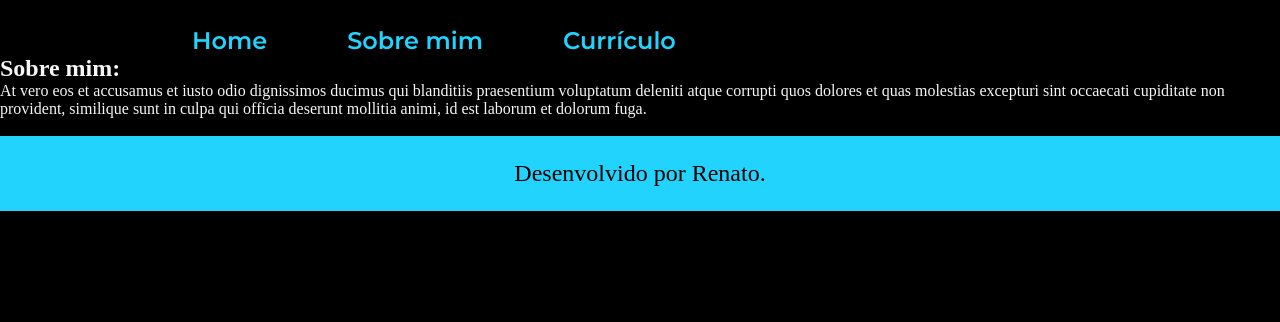
Repository: RenatoCCS/Portfolio_Alura
Page: about.html
An editor plug-in stored every save of this project. The page is shown before and after the next save, followed by the edit.
The browser window is 1280 px wide. The pictures show the whole page.

Above is the page before, as saved 2023-03-06 20:38:27.

After the next save:
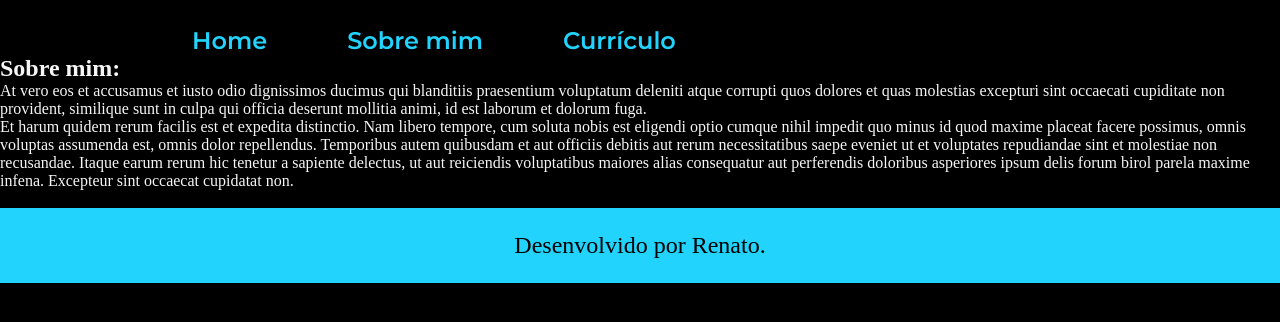
Saved 18 s later.
--- a/about.html
+++ b/about.html
@@ -27,7 +27,18 @@
           similique sunt in culpa qui officia deserunt mollitia animi, id est
           laborum et dolorum fuga.
         </p>
-        <p></p>
+        <p>
+          Et harum quidem rerum facilis est et expedita distinctio. Nam libero
+          tempore, cum soluta nobis est eligendi optio cumque nihil impedit quo
+          minus id quod maxime placeat facere possimus, omnis voluptas assumenda
+          est, omnis dolor repellendus. Temporibus autem quibusdam et aut
+          officiis debitis aut rerum necessitatibus saepe eveniet ut et
+          voluptates repudiandae sint et molestiae non recusandae. Itaque earum
+          rerum hic tenetur a sapiente delectus, ut aut reiciendis voluptatibus
+          maiores alias consequatur aut perferendis doloribus asperiores ipsum
+          delis forum birol parela maxime infena. Excepteur sint occaecat
+          cupidatat non.
+        </p>
       </section>
       <img src="" alt="" />
     </main>
